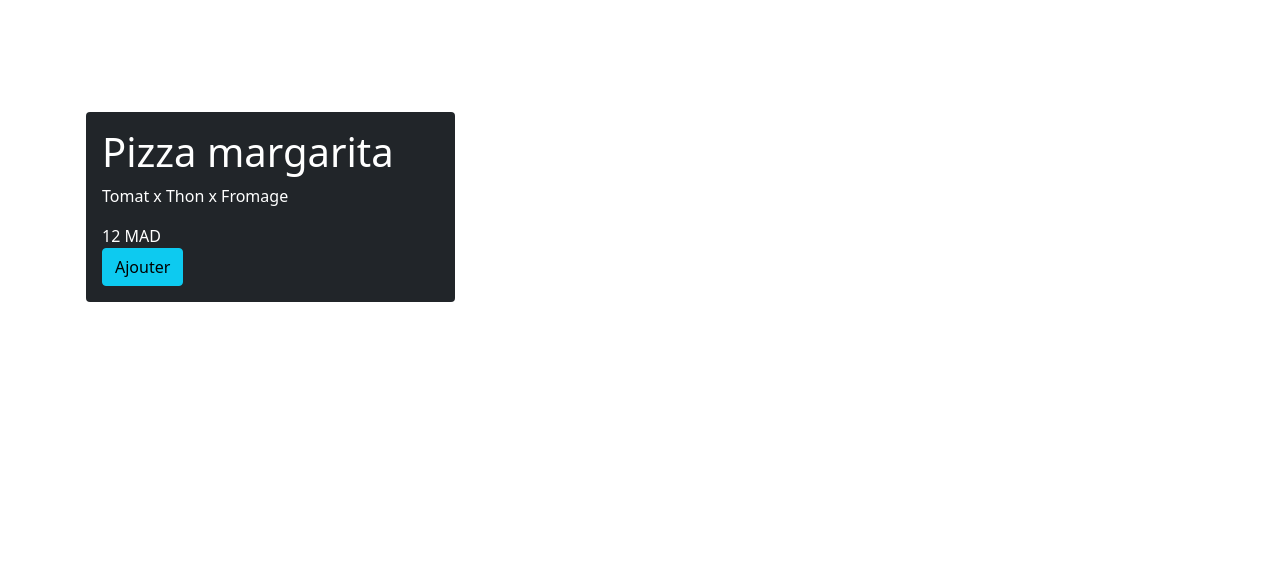
Repository: FS-23/my-restaurant
Page: /
An editor plug-in stored every save of this project. The page is shown before and after the next save, followed by the edit.
The browser window is 1280 px wide. The pictures show the whole page.
The project was rebuilt for these pictures with package versions that can differ from the ones it lists, and the page was loaded fresh each time.

Above is the page before, as saved 2022-04-29 13:45:53.

### public/index.html
<!DOCTYPE html>
<html lang="en">
  <head>
    <meta charset="utf-8" />
    <link rel="icon" href="%PUBLIC_URL%/favicon.ico" />
    <meta name="viewport" content="width=device-width, initial-scale=1" />
    <meta name="theme-color" content="#000000" />
    <meta
      name="description"
      content="Web site created using create-react-app"
    />
    <link rel="apple-touch-icon" href="%PUBLIC_URL%/logo192.png" />
    <!--
      manifest.json provides metadata used when your web app is installed on a
      user's mobile device or desktop. See https://developers.google.com/web/fundamentals/web-app-manifest/
    -->
    <link rel="manifest" href="%PUBLIC_URL%/manifest.json" />
    <!--
      Notice the use of %PUBLIC_URL% in the tags above.
      It will be replaced with the URL of the `public` folder during the build.
      Only files inside the `public` folder can be referenced from the HTML.

      Unlike "/favicon.ico" or "favicon.ico", "%PUBLIC_URL%/favicon.ico" will
      work correctly both with client-side routing and a non-root public URL.
      Learn how to configure a non-root public URL by running `npm run build`.
    -->
    <title>React App</title>
    <!-- CSS only -->
<link href="https://cdn.jsdelivr.net/npm/bootstrap@5.1.3/dist/css/bootstrap.min.css" rel="stylesheet">
  </head>
  <body>
    <noscript>You need to enable JavaScript to run this app.</noscript>
    <div id="root"></div>
    <!--
      This HTML file is a template.
      If you open it directly in the browser, you will see an empty page.

      You can add webfonts, meta tags, or analytics to this file.
      The build step will place the bundled scripts into the <body> tag.

      To begin the development, run `npm start` or `yarn start`.
      To create a production bundle, use `npm run build` or `yarn build`.
    -->
  </body>
</html>

### src/index.css
.plan-container {
    width: auto ;
    background-color: grey;
}

.app-gradient-container {
   background-image: linear-gradient(160deg , red , blue);
   opacity: 0.2;
}

### src/App.js
import Menu from './components/Menu'
function App() {
  return (
    <div className="">
       <div className='vw-100 vh-100 position-fixed text-white'>
           <div className='position-absolute d-none top-0 w-100 h-100 bg-dark app-gradient-container'>

           </div>
           <div className="mt-5 p-3 rounded container ">
              <Menu />
           </div>
       </div>
    </div>
  );
}

export default App;

### src/components/Menu.js
import Plat from "./Plat"
function Menu(){
    return (
        <div>
            < Plat name="Pizza margarita" price="12" ingredient="Tomat x Thon x Fromage" />
        </div>
    )
}

export default Menu

### src/components/Plat.js

function Plat (props){
    return(
        <div className="bg-dark mt-5 p-3 rounded col-2 col-sm-3 col-lg-4" >
            <h1>{props.name} </h1>
           <p> {props.ingredient}</p>
           <div>
               {props.price} MAD
           </div>
           <button className="btn btn-info">Ajouter</button>
       </div>


    )
}

export default Plat

Loaded but not shown: src/index.js (common file)

After the next save:
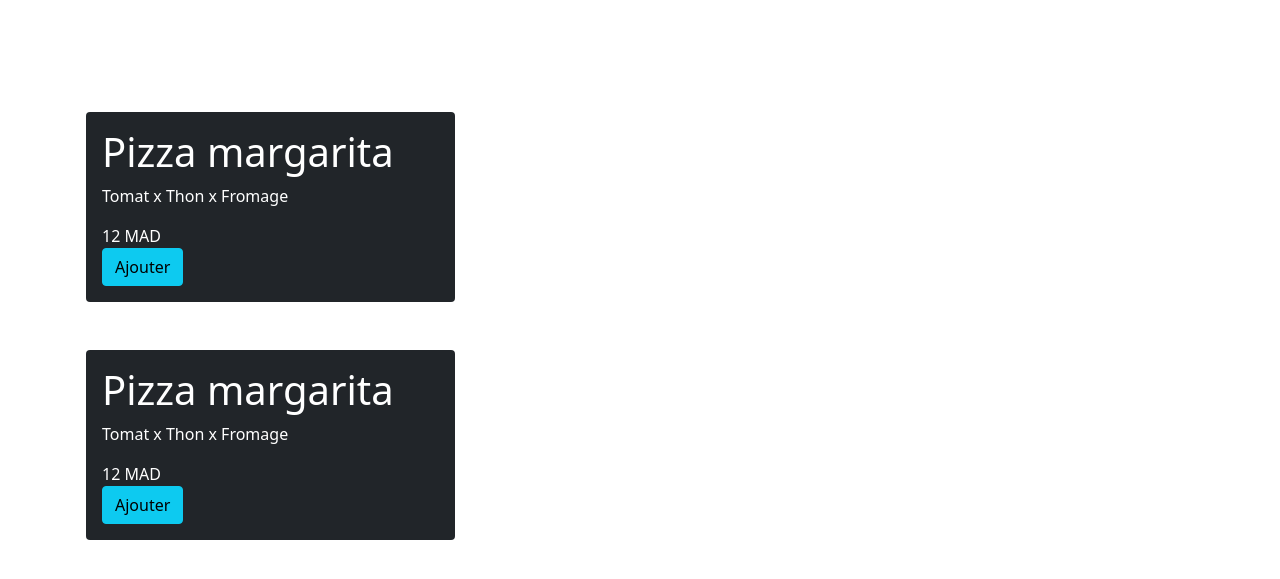
Saved 10 s later.
--- a/src/components/Menu.js
+++ b/src/components/Menu.js
@@ -2,6 +2,7 @@ import Plat from "./Plat"
 function Menu(){
     return (
         <div>
+            < Plat name="Pizza margarita" price="12" ingredient="Tomat x Thon x Fromage" />
             < Plat name="Pizza margarita" price="12" ingredient="Tomat x Thon x Fromage" />
         </div>
     )
